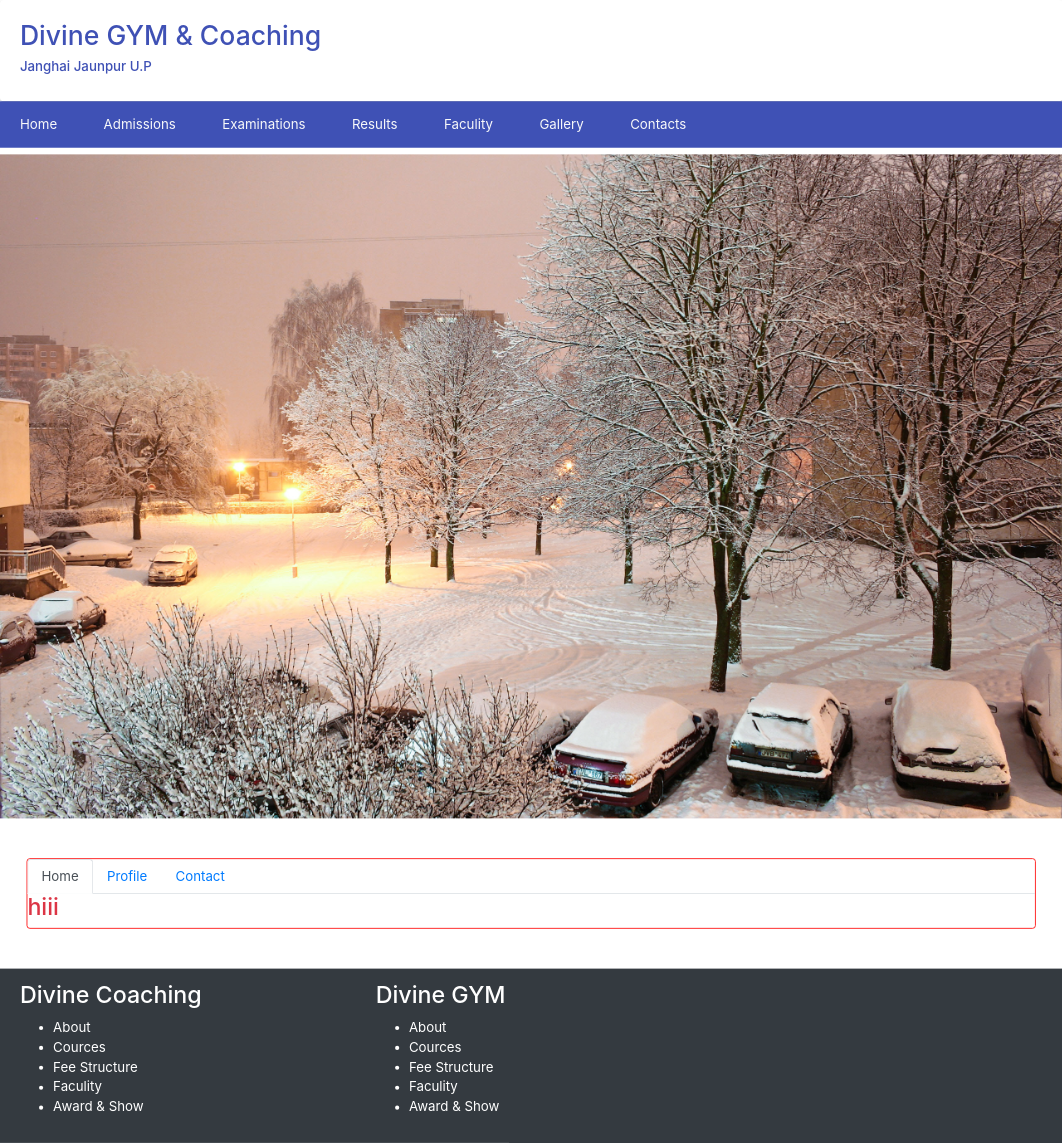
Repository: lalji-yadav/vikash-Coaching-frontend
Page: /gallery
An editor plug-in stored every save of this project. The page is shown before and after the next save, followed by the edit.
The browser window is 1280 px wide. The pictures show the whole page, at 83% of full size.
The project was rebuilt for these pictures with package versions that can differ from the ones it lists, and the page was loaded fresh each time. Also part of the build but not shown: src/index.css, src/home/home.js, src/component/admission/admission.js, src/component/examination/examination.js, src/component/results/result.js, src/component/faculity/faculity.js.

Above is the page before, as saved 2021-04-11 14:35:05.

After the next save:
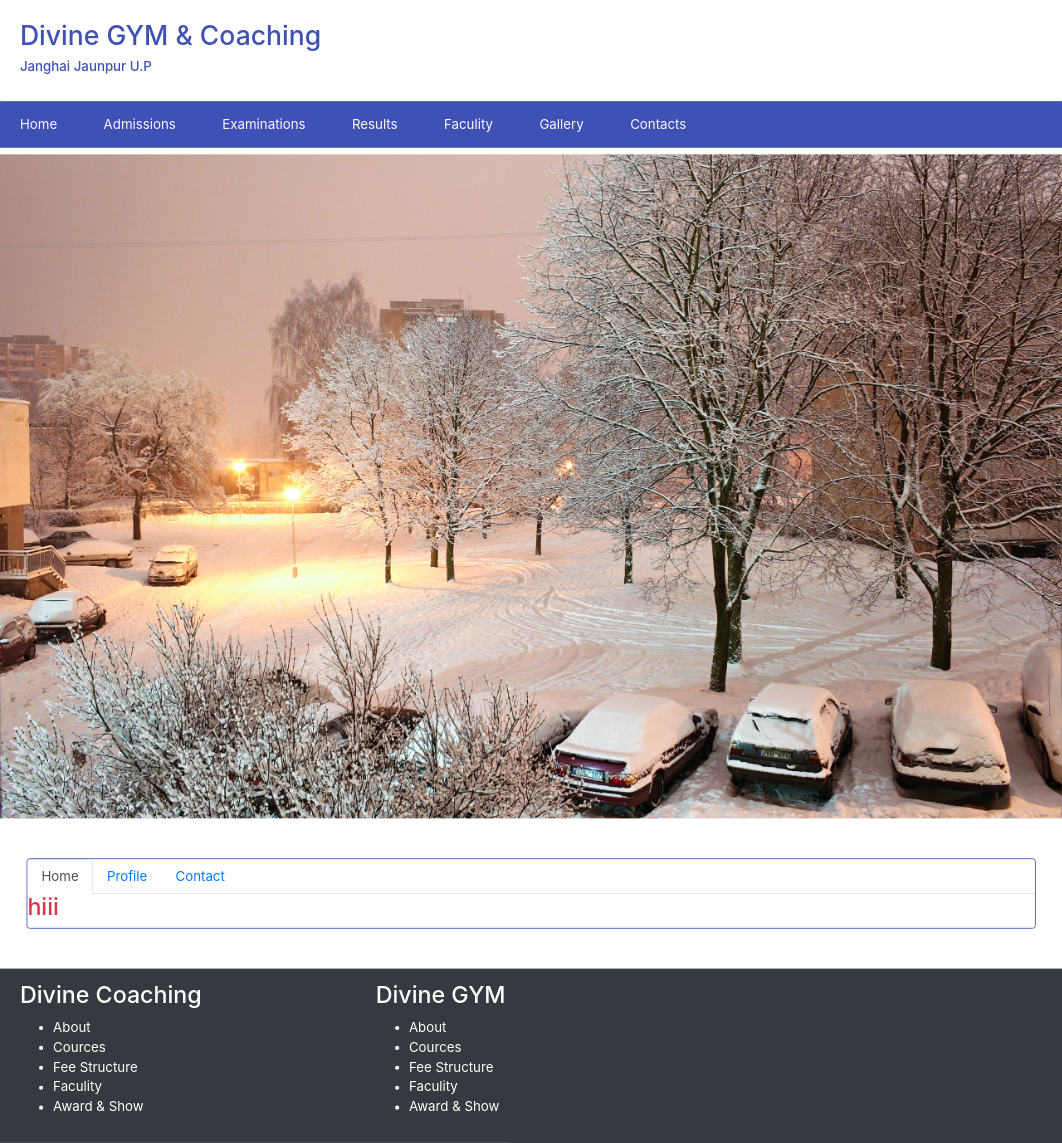
Saved 61 s later.
--- a/src/component/gallery/gallery.js
+++ b/src/component/gallery/gallery.js
@@ -17,7 +17,7 @@ class gallery extends Component {
           />
         </div>
 
-        <div className="mt-5 rounded" style={{ width: "95%", marginLeft: "2.5%", border:"1px solid red" }}>
+        <div className="mt-5 rounded" style={{ width: "95%", marginLeft: "2.5%", border:"1px solid rgb(63, 81, 181)" }}>
           <Tabs defaultActiveKey="Home" id="uncontrolled-tab-example">
             <Tab className="text-danger" eventKey="Home" title="Home">
               <h3>hiii </h3>
